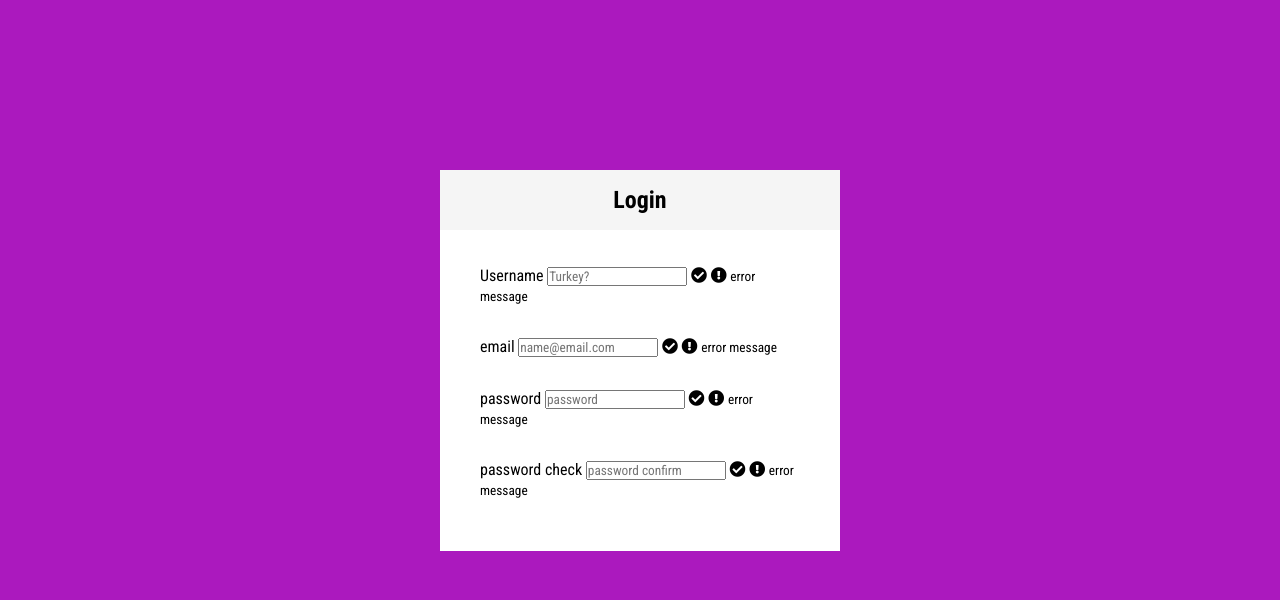
Repository: Abdoulrhman-altyeb/form-_validation-
Page: index.html
These files come from the project's save history. The page is drawn as it stood at one moment and after a run of saves; the edit follows.
The browser window is 1280 px wide. The pictures show the whole page.

Above is the page before, as saved 2021-05-23 20:46:44.

### index.html
<!DOCTYPE html>
<html lang="en">
<head>
    <meta charset="UTF-8">
    <meta http-equiv="X-UA-Compatible" content="IE=edge">
    <meta name="viewport" content="width=device-width, initial-scale=1.0">
    <link rel="stylesheet" href="style.css">
    <link rel="stylesheet" href="https://cdnjs.cloudflare.com/ajax/libs/font-awesome/5.15.3/css/all.min.css"
        integrity="sha512-iBBXm8fW90+nuLcSKlbmrPcLa0OT92xO1BIsZ+ywDWZCvqsWgccV3gFoRBv0z+8dLJgyAHIhR35VZc2oM/gI1w=="
        crossorigin="anonymous" referrerpolicy="no-referrer" />
    <script src="script.js" defer></script>
    <title>form validation</title>
</head>
<body>
    <div class="container">
        <div class="header">
            <h2>Login</h2>
        </div>
        <form class="form">
            <div class="form-control">
                <label for="username">Username</label>
                <input type="text" placeholder="Turkey?" id="username">
                <i class="fa fa-check-circle"></i>
                <i class="fa fa-exclamation-circle"></i>
                <small>error message</small>
            </div>
            <div class="form-control">
                <label for="email">email</label>
                <input type="email" placeholder="name@email.com" id="email">
                <i class="fa fa-check-circle"></i>
                <i class="fa fa-exclamation-circle"></i>
                <small>error message</small>
            </div>
            <div class="form-control">
                <label for="password">password</label>
                <input type="password" placeholder="password" id="password">
                <i class="fa fa-check-circle"></i>
                <i class="fa fa-exclamation-circle"></i>
                <small>error message</small>
            </div>
            <div class="form-control">
                <label for="password2">password check</label>
                <input type="password" placeholder="password confirm" id="password2">
                <i class="fa fa-check-circle"></i>
                <i class="fa fa-exclamation-circle"></i>
                <small>error message</small>
            </div>
        </form>
    </div>
</body>
</html>

### style.css
@import url('https://fonts.googleapis.com/css2?family=Roboto+Condensed:wght@400;700&display=swap');
*{
    padding:0;
    margin:0;
    box-sizing:border-box;
    font-family: 'Roboto Condensed', sans-serif;
}
body{
    display: flex;
    justify-content: center;
    align-items: center;
    min-height:100vh;
    background:rgb(171, 25, 190);
}
.container{
    background:white;
    width:400px;
    display: flex;
    flex-direction: column;
}
.header{
    text-align: center;
    padding:10px 40px;
    padding:1rem;
    background:whitesmoke;
    margin-bottom:1rem;
}
.form{
    padding:20px 40px;
}
.form-control{
    margin-bottom:1rem;
    padding-bottom:1rem;
}

Loaded but not shown: script.js (no copy from this time; the picture is the same without it)

After the next 2 saves:
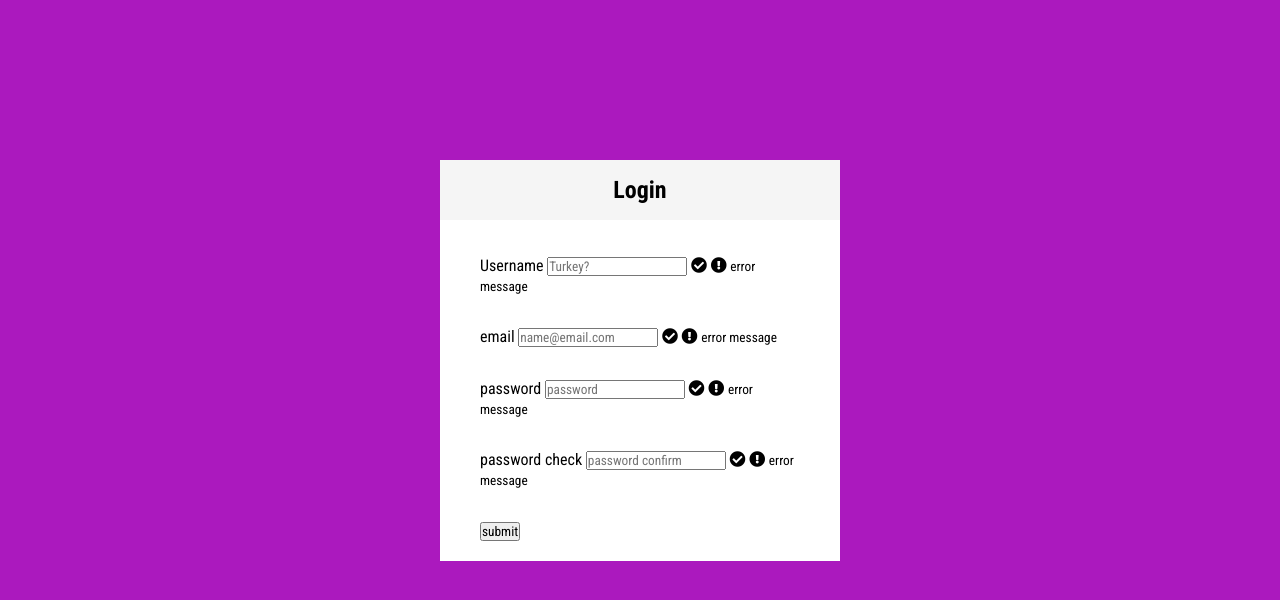
The 2 saves are shown as one change because they came seconds apart.
The last was saved 13 s later.
--- a/index.html
+++ b/index.html
@@ -45,6 +45,7 @@
                 <i class="fa fa-exclamation-circle"></i>
                 <small>error message</small>
             </div>
+            <button>submit</button>
         </form>
     </div>
 </body>
